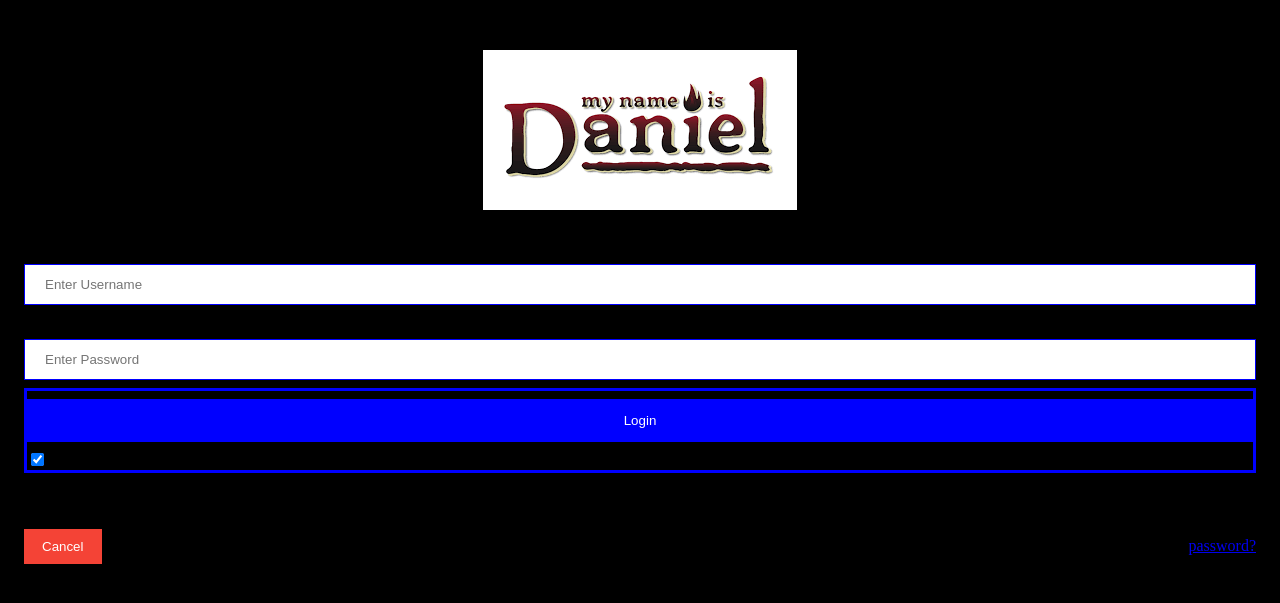
Repository: Danielrr07/Danielrr07.github.io
Page: My_Website/websiteproject.html
The author's editor kept a record of every edit. The page is drawn from the files as they stood at one moment, then again after the next edit.
The browser window is 1280 px wide. The pictures show the whole page.

Above is the page before.

After the next edit:
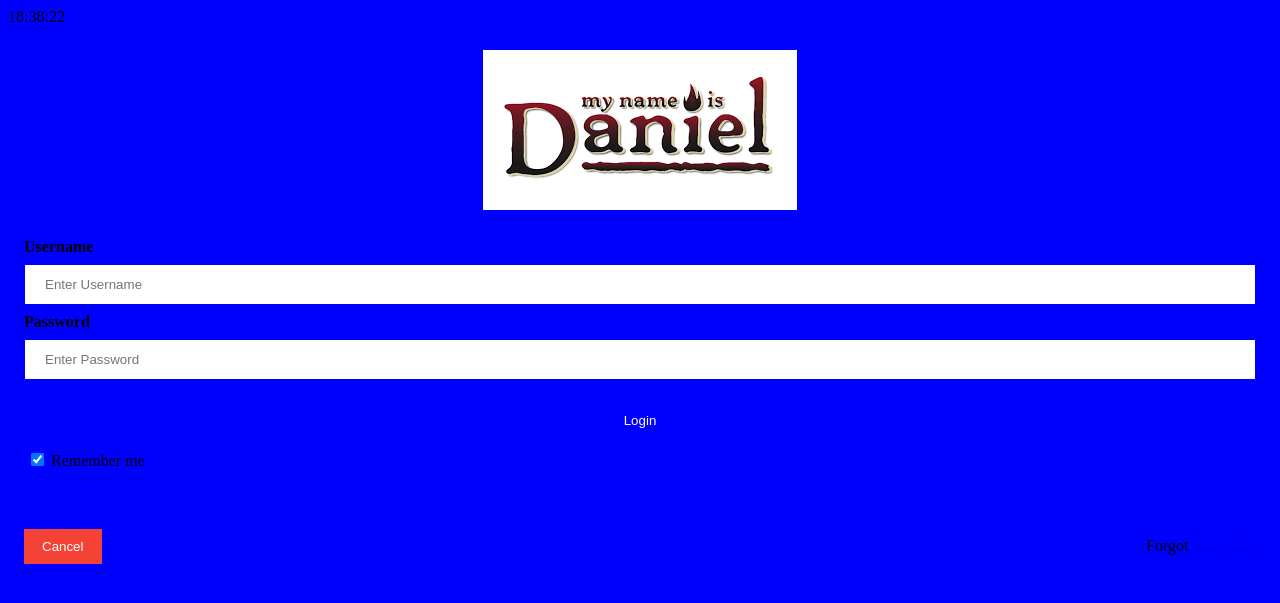
The edit:
--- a/My_Website/websiteproject.css
+++ b/My_Website/websiteproject.css
@@ -4,7 +4,7 @@
 }
 
 body{
-  background-color: Black;
+  background-color: Blue;
 }
 /* Full-width inputs */
 input[type=text], input[type=password] {
